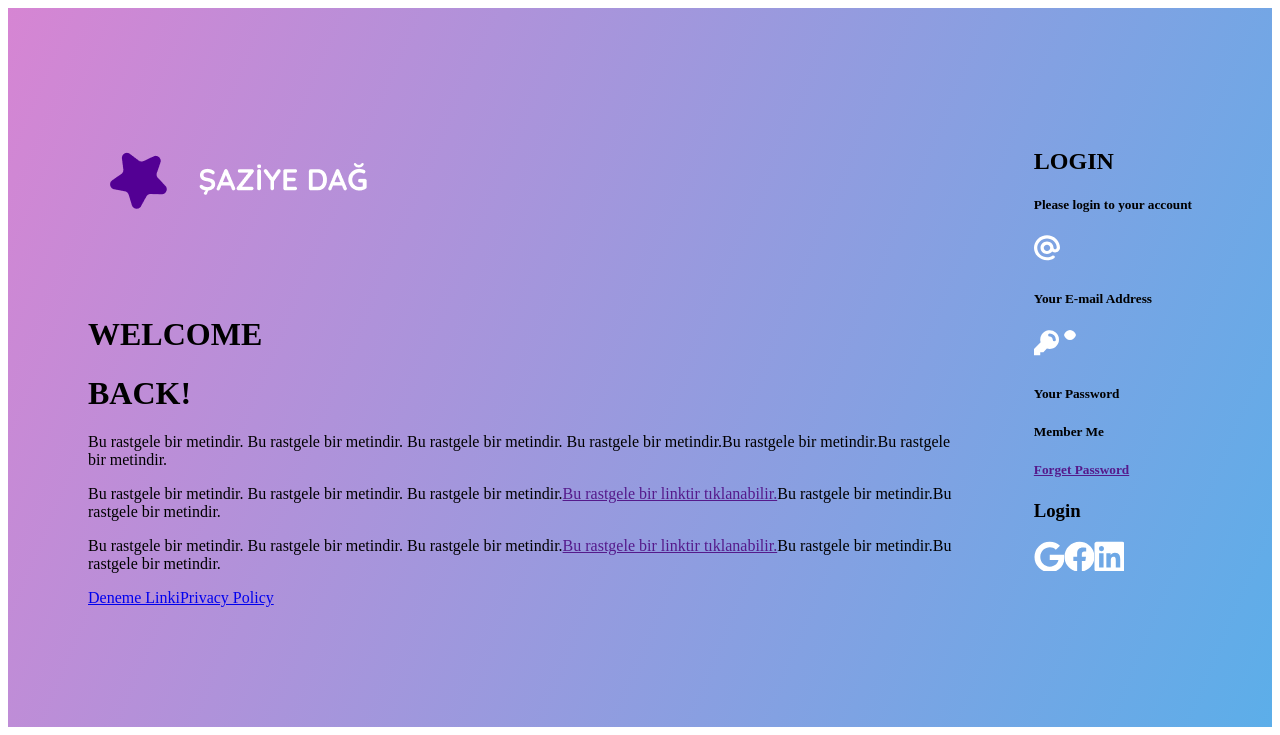
Repository: szydag/login
Page: /
These files come from the project's save history. The page is drawn as it stood at one moment and after the next save; the edit follows.
The browser window is 1280 px wide. The pictures show the whole page.
The project was rebuilt for these pictures with package versions that can differ from the ones it lists, and the page was loaded fresh each time. Also part of the build but not shown: src/assets/svgr/unhiddenIcon/index.js.

Above is the page before, as saved 2023-10-22 19:49:55.

### src/index.js
import React from 'react';
import ReactDOM from 'react-dom/client';
import App from './app/index';
import {
    BrowserRouter
} from "react-router-dom";

const root = ReactDOM.createRoot(document.getElementById('root'));
root.render(
    <BrowserRouter>
        <App />
    </BrowserRouter>
);

### src/app/index.js
import LoginPage from "./pages/login";
import useStyles from "./style";

const App = () => {
    useStyles();
    return <div>
        <LoginPage />
    </div>

};

export default App;

### src/app/pages/login/index.js
import React, { useEffect } from 'react'
import useStyles from './style';
import logo from './../../../assets/logo.png'
import MailIcon from './../../../assets/svgr/mailIcon/index.js'
import PasswordIcon from './../../../assets/svgr/passwordIcon/index.js'
import HiddenIcon from './../../../assets/svgr/hiddenIcon/index.js'
import UnhiddenIcon from './../../../assets/svgr/unhiddenIcon/index.js'
import GoogleIcon from './../../../assets/svgr/googleIcon/index.js'
import FacebookIcon from './../../../assets/svgr/facebookIcon/index.js'
import LinkedInIcon from './../../../assets/svgr/linkedInIcon/index.js'
const LoginPage = () => {

    const classes = useStyles();
    return <div
        className={classes.loginPage}
    >
        <div
            className={classes.promotionTexts}
        >
            <div
                className={classes.logo}
            >
                <img
                    src={logo}
                    alt=""
                />
            </div>
            <div
                className={classes.mainContent}
            >
                <div
                    className={classes.title}
                >
                    <h1>WELCOME</h1>
                    <h1>BACK!</h1>
                </div>
                <div
                    className={classes.contentText}
                >
                    <p>
                        Bu rastgele bir metindir. Bu rastgele bir metindir. Bu rastgele bir metindir. Bu rastgele bir metindir.Bu rastgele bir metindir.Bu rastgele bir metindir.
                    </p>
                    <p>
                        Bu rastgele bir metindir. Bu rastgele bir metindir. Bu rastgele bir metindir.
                        <a
                            href=""
                        >
                            Bu rastgele bir linktir tıklanabilir.
                        </a>
                        Bu rastgele bir metindir.Bu rastgele bir metindir.
                    </p>
                    <p>
                        Bu rastgele bir metindir. Bu rastgele bir metindir. Bu rastgele bir metindir.
                        <a
                            href=""
                        >
                            Bu rastgele bir linktir tıklanabilir.
                        </a>
                        Bu rastgele bir metindir.Bu rastgele bir metindir.
                    </p>
                </div>
                <div
                    className={classes.links}
                >
                    <a
                        href="

                    ">
                        Deneme Linki
                    </a>
                    <a
                        href="

                    ">
                        Privacy Policy
                    </a>
                </div>

            </div>
        </div>
        <div
            className={classes.loginArea}
        >
            <div
                className={classes.header}
            >
                <h2>LOGIN</h2>
                <h5>Please login to your account</h5>
            </div>
            <div
                className={classes.container}
            >
                <div
                    className={classes.loginMainContent}
                >
                    <div
                        className={classes.inputArea}
                    >
                        <div
                            className={classes.mailInput}
                        >
                            <div
                                className={classes.content}
                            >
                                <MailIcon
                                    color='#ffffff'
                                    size={30}
                                ></MailIcon>

                            </div>
                            <div
                                className={classes.inputTitle}
                            >
                                <h5>Your E-mail  Address</h5>
                            </div>
                        </div>
                        <div
                            className={classes.passwordInput}
                        >
                            <div
                                className={classes.content}
                            >
                                <PasswordIcon
                                    color='#ffffff'
                                    size={30}
                                >
                                </PasswordIcon>
                                <HiddenIcon
                                    color='#ffffff'
                                    size={30}
                                >

                                </HiddenIcon>
                            </div>
                            <div
                                className={classes.inputTitle}
                            >
                                <h5>Your Password</h5>
                            </div>

                        </div>
                    </div>
                    <div
                        className={classes.passwordSettingsArea}
                    >
                        <div
                            className={classes.memberMeArea}
                        >
                            <h5>Member Me</h5>
                        </div>
                        <h5>
                            <a href="">
                                Forget Password
                            </a>
                        </h5>
                    </div>
                </div>
                <div
                    className={classes.loginButton}
                >
                    <h3>Login</h3>
                </div>
            </div>
            <div
                className={classes.accountSettings}
            >
                <div
                    className={classes.accountSettingsTitle}
                >

                </div>
                <div
                    className={classes.socialMediaIcons}
                >
                    <GoogleIcon
                        color='#ffffff'
                        size={30}
                    >
                    </GoogleIcon>
                    <FacebookIcon
                        color='#ffffff'
                        size={30}
                    >
                    </FacebookIcon>
                    <LinkedInIcon
                        color='#ffffff'
                        size={30}
                    >
                    </LinkedInIcon>
                </div>
                <div
                    className={classes.newAccountArea}
                >

                </div>
            </div>
        </div>
    </div>
}

export default LoginPage;

### src/app/style.js
import { createUseStyles } from "react-jss";

const useStyles = createUseStyles({
    loginPage: {
    },
})
export default useStyles;

### src/app/pages/login/style.js

import { createUseStyles } from "react-jss";

const useStyles = createUseStyles({
    loginPage: {
        display: 'flex',
        padding: '120px 80px',
        alignItems: 'flex-start',
        gap: '80px',
        background: 'linear-gradient(113deg, #B9A675 0%, #D685D3 0%, #5CAEE9 100%)',
    },
    promotionTexts: {
        display: 'flex',
        flexDirection: 'column',
        alignItems: 'flex-start',
        gap: '64px',
        flex: '1 0 0',
        alignSelf: 'stretch',
    },
    logo: {
        display: 'flex',
        alignItems: 'center',
        gap: '8px',
    },
    mainContent: {
    },
    title: {
    },
    contentText: {
    },
    links: {
    },
    loginArea: {
    },
    header: {
    },
    container: {
    },
    loginMainContent: {
    },
    inputArea: {
    },
    mailInput: {
    },
    content: {
    },
    inputTitle: {
    },
    passwordInput: {
    },
    content: {
    },
    passwordSettingsArea: {
    },
    memberMeArea: {
    },
    loginButton: {
    },
    accountSettings: {
    },
    accountSettingsTitle: {
    },
    socialMediaIcons: {
    },
    newAccountArea: {
    },
})
export default useStyles;

### src/assets/svgr/mailIcon/index.js
import * as React from "react"
const MailIcon = ({
    color = "#ffffff",
    size = 30,
    ...props
}) => {
    const pathScale = 30 / size;
    return <svg
        xmlns="http://www.w3.org/2000/svg"
        width={size}
        height={size}
        fill="none"
        {...props}
    >
        <path
            fill={color}
            transform={`scale(${1 / 1})`}
            d="M19.894 6.125c-3.807-3.661-9.98-3.661-13.788 0s-3.808 9.597 0 13.258c3.31 3.183 8.41 3.6 12.187 1.248.753-.47 1.759-.263 2.247.461.488.725.273 1.692-.48 2.161-5.038 3.138-11.837 2.586-16.252-1.66-5.077-4.881-5.077-12.796 0-17.678 5.076-4.881 13.308-4.881 18.384 0C24.73 6.355 26 9.558 26 12.755c0 2.588-2.183 4.687-4.875 4.687a4.982 4.982 0 0 1-2.925-.937c-1.186 1.517-3.074 2.5-5.2 2.5-3.59 0-6.5-2.799-6.5-6.25 0-3.453 2.91-6.25 6.5-6.25s6.5 2.797 6.5 6.25c0 .862.727 1.562 1.625 1.562s1.625-.7 1.625-1.563c0-2.402-.952-4.798-2.856-6.629Zm-3.644 6.63c0-1.727-1.455-3.126-3.25-3.126s-3.25 1.4-3.25 3.125c0 1.726 1.455 3.125 3.25 3.125s3.25-1.399 3.25-3.125Z"
        />
    </svg>
}
export default MailIcon

### src/assets/svgr/passwordIcon/index.js
import * as React from "react"
const PasswordIcon = ({
    color = "#ffffff",
    size = 30,
    ...props
}) => {
    const pathScale = 30 / size;
    return <svg
        xmlns="http://www.w3.org/2000/svg"
        width={size}
        height={size}
        fill="none"
        {...props}
    >
        <path
            fill={color}
            transform={`scale(${1 / 1})`}
            d="M25 9.63a9.375 9.375 0 0 1-12.098 8.972L9.375 22.13H6.25v3.125H0v-6.25l6.652-6.652A9.375 9.375 0 1 1 25 9.63Zm-9.375-6.25a1.563 1.563 0 0 0 0 3.124c1.726 0 3.125 1.4 3.125 3.125a1.563 1.563 0 0 0 3.125 0 6.25 6.25 0 0 0-6.25-6.25Z"
        />
    </svg>
}
export default PasswordIcon

### src/assets/svgr/hiddenIcon/index.js
import * as React from "react"
const HiddenIcon = ({
    color = "#ffffff",
    size = 30,
    ...props
}) => {
    const pathScale = 30 / size;
    return <svg
        xmlns="http://www.w3.org/2000/svg"
        width={size}
        height={size}
        fill="none"
        {...props}
    >
        <path
            fill={color}
            transform={`scale(${1 / 1})`}
            d="M0 5.03C.801 2.115 3.185 0 6 0s5.199 2.115 6 5.03c-.801 2.915-3.185 5.03-6 5.03S.801 7.945 0 5.03Zm8.515 0C8.515 6.617 7.39 7.904 6 7.904c-1.39 0-2.515-1.287-2.515-2.874C3.485 3.443 4.61 2.156 6 2.156c1.39 0 2.515 1.287 2.515 2.874Z"
        />
    </svg>
}
export default HiddenIcon

### src/assets/svgr/googleIcon/index.js
import * as React from "react"
const GoogleIcon = ({
    color = "#ffffff",
    size = 30,
    ...props
}) => {
    const pathScale = 30 / size;
    return <svg
        xmlns="http://www.w3.org/2000/svg"
        width={size}
        height={size}
        fill="none"
        {...props}
    >
        <path
            fill={color}
            transform={`scale(${1 / 1})`}
            d="M30.5 16.357c0 8.698-5.957 14.889-14.754 14.889A15.228 15.228 0 0 1 .5 16 15.228 15.228 0 0 1 15.746.754c4.106 0 7.561 1.506 10.223 3.99l-4.15 3.99C16.392 3.496 6.298 7.43 6.298 16c0 5.318 4.248 9.627 9.449 9.627 6.037 0 8.3-4.328 8.656-6.572h-8.656v-5.243H30.26c.142.78.24 1.53.24 2.545Z"
        />
    </svg>
}
export default GoogleIcon

### src/assets/svgr/facebookIcon/index.js
import * as React from "react"
const FacebookIcon = ({
    color = "#ffffff",
    size = 30,
    ...props
}) => {
    const pathScale = 30 / size;
    return <svg
        xmlns="http://www.w3.org/2000/svg"
        width={size}
        height={size}
        fill="none"
        {...props}
    >
        <path
            fill={color}
            transform={`scale(${1 / 1})`}
            d="M30.5 15.754c0-8.286-6.714-15-15-15s-15 6.714-15 15c0 7.487 5.485 13.692 12.656 14.819V20.09h-3.81v-4.336h3.81V12.45c0-3.759 2.238-5.835 5.666-5.835 1.641 0 3.358.293 3.358.293v3.689h-1.892c-1.863 0-2.444 1.156-2.444 2.343v2.815h4.16l-.666 4.336h-3.494v10.483C25.014 29.446 30.5 23.24 30.5 15.754Z"
        />
    </svg>
}
export default FacebookIcon

### src/assets/svgr/linkedInIcon/index.js
import * as React from "react"
const LinkedInIcon = ({
    color = "#ffffff",
    size = 30,
    ...props
}) => {
    const pathScale = 30 / size;
    return <svg
        xmlns="http://www.w3.org/2000/svg"
        width={size}
        height={size}
        fill="none"
        {...props}
    >
        <path
            fill={color}
            transform={`scale(${1 / 1})`}
            d="M28.357.754H2.637C1.456.754.5 1.725.5 2.917v25.674c0 1.192.958 2.163 2.136 2.163h25.721c1.179 0 2.143-.97 2.143-2.163V2.917c0-1.192-.964-2.163-2.143-2.163ZM9.567 26.468H5.121V12.151h4.453v14.317h-.007ZM7.344 10.196a2.58 2.58 0 0 1 0-5.156 2.584 2.584 0 0 1 2.578 2.578 2.575 2.575 0 0 1-2.578 2.578Zm18.89 16.272h-4.446v-6.964c0-1.66-.034-3.797-2.31-3.797-2.317 0-2.672 1.808-2.672 3.677v7.084h-4.447V12.151h4.266v1.956h.06c.596-1.125 2.05-2.31 4.212-2.31 4.5 0 5.337 2.966 5.337 6.823v7.848Z"
        />
    </svg>
}
export default LinkedInIcon

Loaded but not shown: public/index.html (common file)

After the next save:
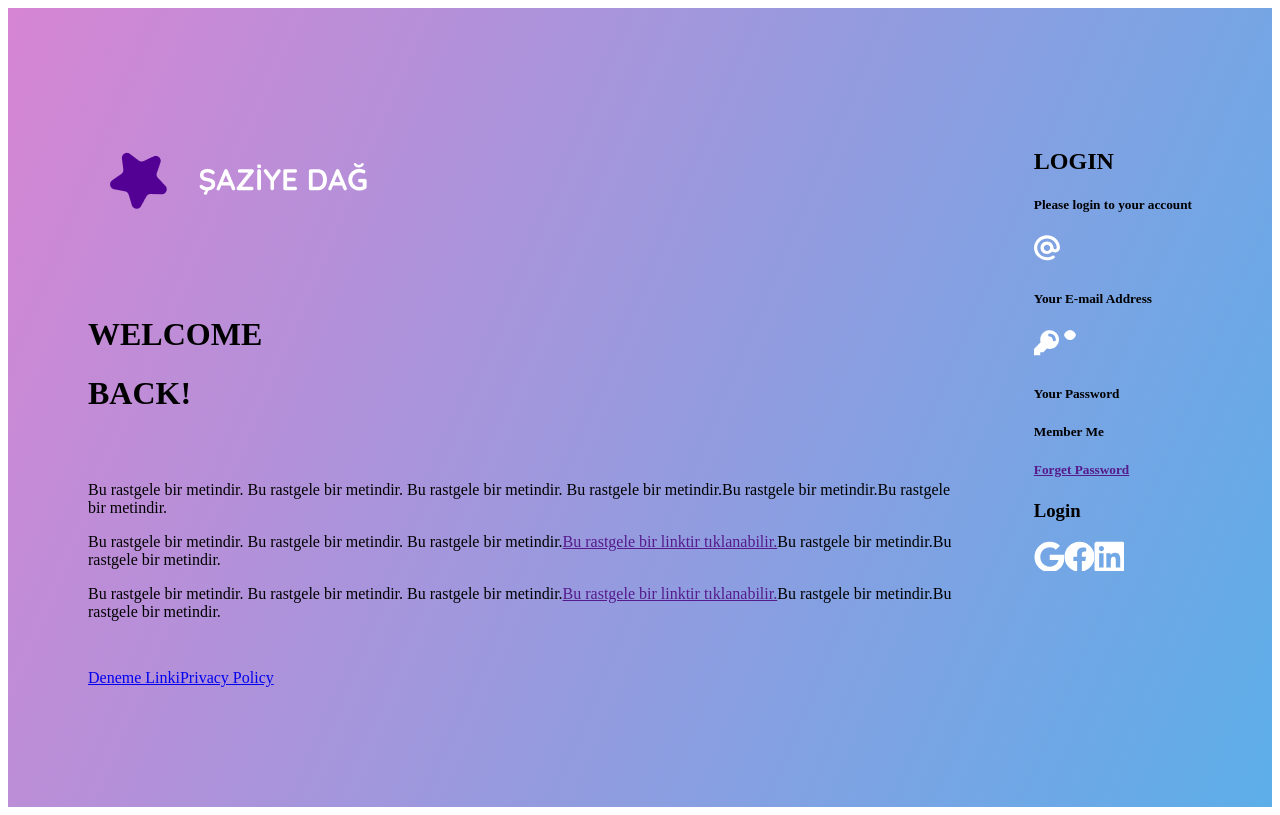
Saved 56 s later.
--- a/src/app/pages/login/style.js
+++ b/src/app/pages/login/style.js
@@ -23,6 +23,12 @@ const useStyles = createUseStyles({
         gap: '8px',
     },
     mainContent: {
+        display: 'flex',
+        flexDirection: 'column',
+        justifyContent: ' center',
+        alignItems: 'flex-start',
+        gap: '32px',
+        alignSelf: 'stretch',
     },
     title: {
     },
